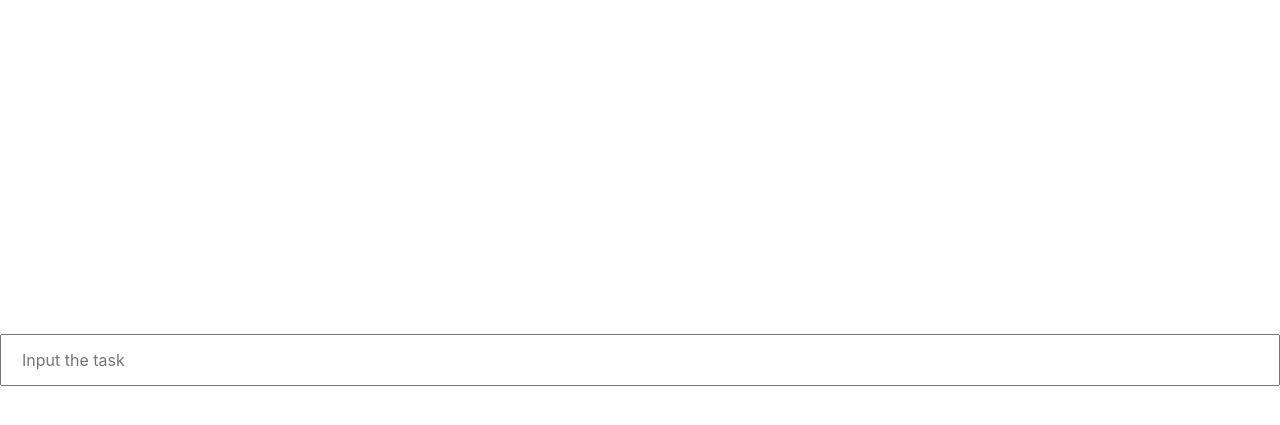
Repository: 12Arc/todoapp
Page: / (app in client/)
These files come from the project's save history. The page is drawn as it stood at one moment and after a run of saves; the edit follows.
The browser window is 1280 px wide. The pictures show the whole page.
Some web libraries are served in a nearby version. The project was rebuilt for these pictures with package versions that can differ from the ones it lists, and the page was loaded fresh each time. Also part of the build but not shown: client/src/App.css.

Above is the page before, as saved 2024-05-12 17:51:48.

### client/src/App.js
import React, { Fragment } from "react";

import "./App.css";

//components
import AddTask from './components/Input'



function App() {

    return(
        <Fragment>

                <AddTask/>

        </Fragment>
    )

}

export default App;

### client/src/components/Input.js
import React from 'react';
import '../styles.css'; // Import the CSS directly


const AddTask= ()=>{

    return (

        <div className="box">
            <input  className="inputbox" type="text" placeholder='Input the task' />
        </div>
    )
}

export default AddTask

### client/src/styles.css
.box{
  display: flex;
  justify-content: center;
  align-items: center;
  height: 100vh;



}

.inputbox{
  width: 100%;
  padding: 12px 20px;
  box-sizing: border-box;
}

Loaded but not shown: client/public/index.html (common file); client/src/index.js (common file); client/src/index.css (common file)

After the next 7 saves:
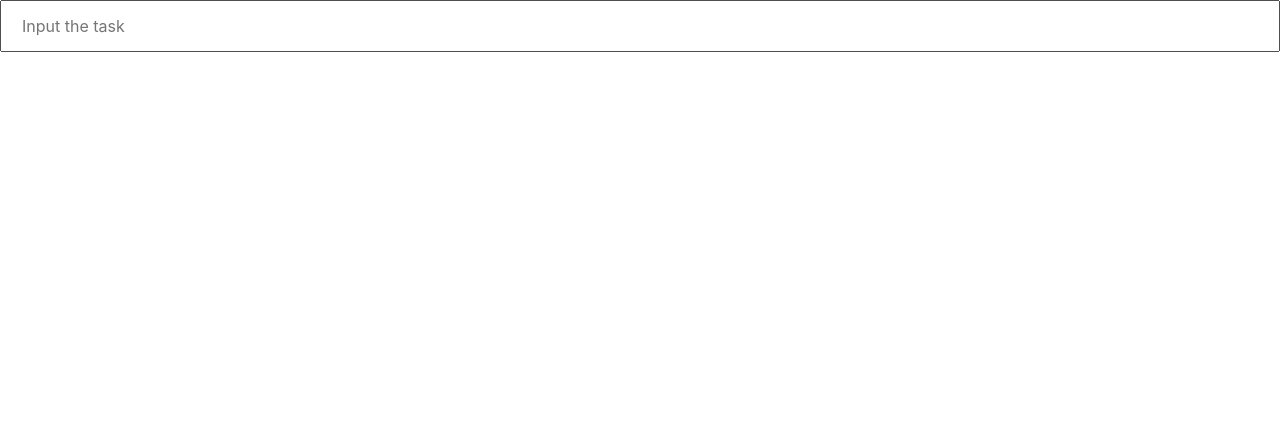
The 7 saves are shown as one change because they came seconds apart.
The last was saved 9 min 48 s later.
--- a/client/src/styles.css
+++ b/client/src/styles.css
@@ -1,8 +1,7 @@
 .box{
   display: flex;
-  justify-content: center;
   align-items: center;
-  height: 100vh;
+  flex-direction: column;
 
 
 
